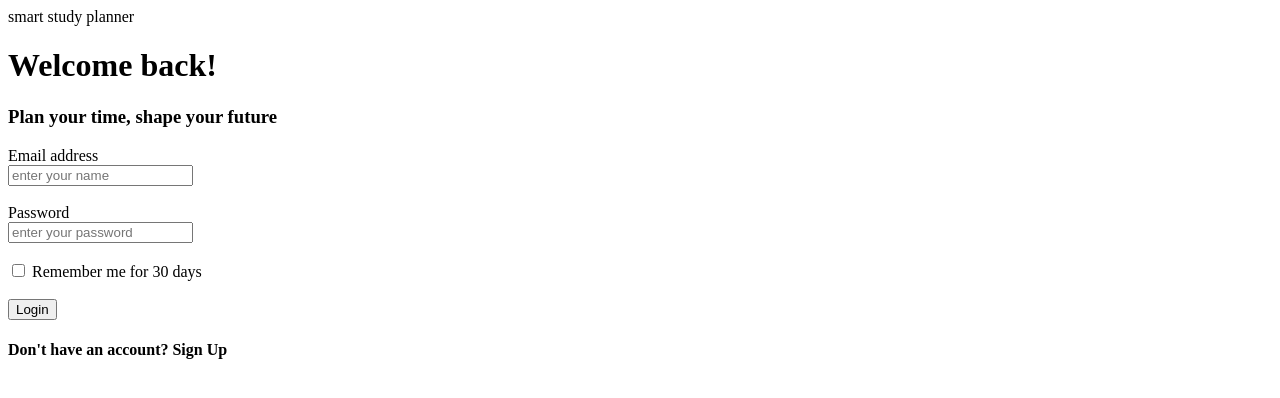
Repository: HaifaBaderBinDuhaim/web
Page: Frontend/logIn.html
The author's editor kept a copy of each file at every save. The page is drawn from the files as they stood at one save, then again after the next save.
The browser window is 1280 px wide. The pictures show the whole page.

Above is the page before, as saved 2026-03-24 12:45:38.

After the next save:
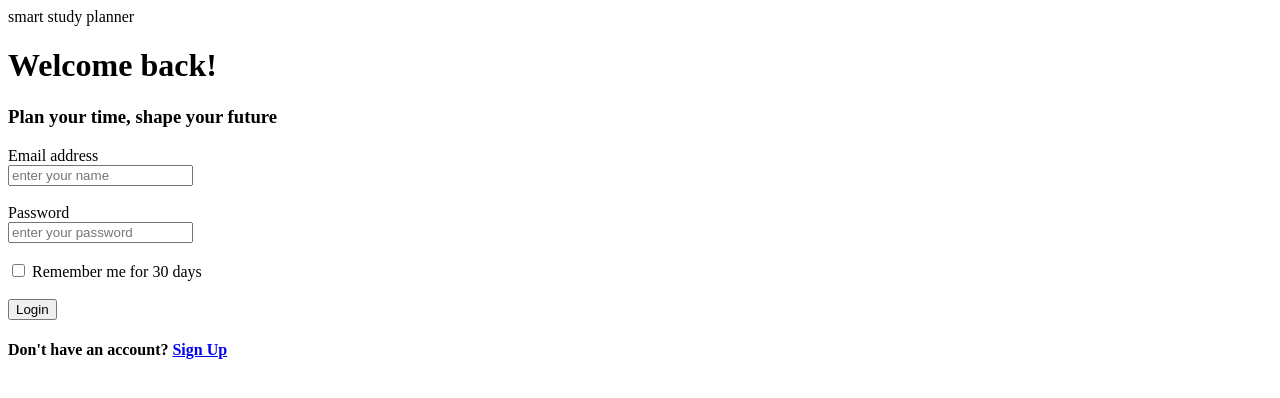
Saved 65 s later.
--- a/Frontend/logIn.html
+++ b/Frontend/logIn.html
@@ -70,7 +70,7 @@
 
     <h4>
       Don't have an account?
-      <a harf="register.html" alt="sign in" target="_blank">Sign Up</a>
+      <a href="register.html" alt="sign in" target="_blank">Sign Up</a>
     </h4>
   </body>
 </html>
